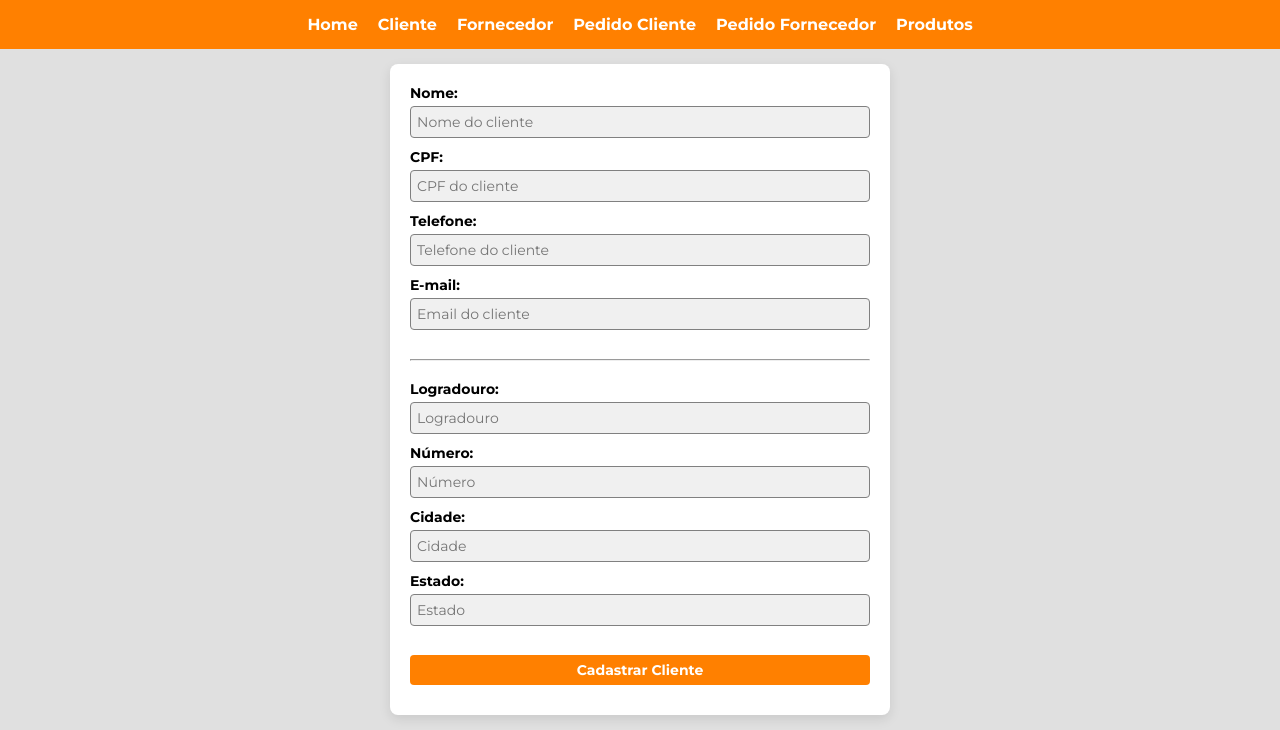
Repository: walterdmp/JavaWeb_BartoBotinas
Page: http://localhost/BartoBotinas/cadastrarCliente.jsp
The author's editor kept a copy of each file at every save. The page is drawn from the files as they stood at one save, then again after a run of saves.
The browser window is 1280 px wide. The pictures show the whole page.
The page is served by Tomcat 9. Other server files are loaded and not shown.

Above is the page before, as saved 2024-07-31 18:41:04.

### BartoBotinas/WebContent/cadastrarCliente.jsp
<%@ page language="java" contentType="text/html; charset=UTF-8"
	pageEncoding="UTF-8"%>
<!DOCTYPE html>
<html>
<head>
<link rel="stylesheet" href="css/estilo.css">
<meta charset="UTF-8">
<title>Bartô Botinas - Clientes</title>
</head>
<body>
	<nav class="bartoNav">
		<ul>
			<li><a href="home.jsp">Home</a></li>
			<li><a href="cadastrarCliente.jsp">Cliente</a></li>
			<li><a href="cadastrarFornecedor.jsp">Fornecedor</a></li>
			<li><a href="cadastrarPedidoCliente.jsp">Pedido Cliente</a></li>
			<li><a href="cadastrarPedidoFornecedor.jsp">Pedido
					Fornecedor</a></li>
			<li><a href="cadastrarProdutos.jsp">Produtos</a></li>
		</ul>
	</nav>
	<main class="bartoMain">
		<form action="cadastrarCliente" method="post" class="bartoForm">
			<div>
				<label for="nome"><strong>Nome:</strong></label> <input type="text"
					id="nome" name="nome" placeholder="Nome do cliente" required>
			</div>
			<div>
				<label for="cpf"><strong>CPF:</strong></label> <input type="text"
					id="cpf" name="cpf" placeholder="CPF do cliente" required>
			</div>
			<div>
				<label for="telefone"><strong>Telefone:</strong></label> <input
					type="text" id="telefone" name="telefone"
					placeholder="Telefone do cliente" required>
			</div>
			<div>
				<label for="email"><strong>E-mail:</strong></label> <input
					type="email" id="email" name="email" placeholder="Email do cliente"
					required>
			</div>
			<br>
			<hr>
			<br>
			<div>
				<label for="logradouro"><strong>Logradouro:</strong></label> <input
					type="text" id="logradouro" name="logradouro"
					placeholder="Logradouro" required>
			</div>
			<div>
				<label for="numero"><strong>Número:</strong></label> <input
					type="text" id="numero" name="numero" placeholder="Número" required>
			</div>
			<div>
				<label for="cidade"><strong>Cidade:</strong></label> <input
					type="text" id="cidade" name="cidade" placeholder="Cidade" required>
			</div>
			<div>
				<label for="estado"><strong>Estado:</strong></label> <input
					type="text" id="estado" name="estado" placeholder="Estado" required>
			</div>
			<br>
			<div>
				<input id="bartoButton" type="submit" name="salvar"
					value="Cadastrar Cliente">
			</div>
		</form>
	</main>
</body>
</html>

### BartoBotinas/WebContent/css/estilo.css
@charset "ISO-8859-1";

@import
	url('https://fonts.googleapis.com/css2?family=Montserrat:ital,wght@0,100;0,200;0,300;0,400;0,500;0,600;0,700;0,800;0,900;1,100;1,200;1,300;1,400;1,500;1,600;1,700;1,800&display=swap')
	;

* {
	margin: 0;
	padding: 0;
	box-sizing: border-box;
	text-decoration: none;
	list-style: none;
	font-family: 'Montserrat', sans-serif;
}

body {
	background-color: #f0f0f0;
}

/* Estilos de Navegação */
.bartoNav {
	width: 100%;
	background-color: #ff8000;
}

.bartoNav ul {
	display: flex;
	flex-direction: row;
	gap: 20px; /* Diminuiu o espaço entre itens */
	justify-content: center;
	padding: 15px; /* Diminuiu o padding */
	color: white;
	font-weight: bold;
}

.bartoNav a {
	color: white;
	transition: color 0.3s ease;
}

.bartoNav a:hover {
	color: #ffe0b3;
}

/* Estilos Principais */
.bartoMain {
	display: flex;
	justify-content: center;
	align-items: center;
	background-color: #e0e0e0;
	width: 100%;
	height: auto; /* Ajuste para a altura do conteúdo */
	padding: 15px; /* Diminuiu o padding */
}

.empresaInfo, .bartoForm, .itensPedidoForm, .fornecedorForm,
	.produtoForm {
	display: flex;
	flex-direction: column;
	padding: 20px; /* Diminuiu o padding */
	width: 100%;
	max-width: 500px; /* Ajustado para tamanho menor */
	background-color: white;
	border-radius: 8px; /* Diminuiu o border-radius */
	box-shadow: 0 4px 12px rgba(0, 0, 0, 0.1); /* Diminuiu o box-shadow */
}

.bartoForm input, .itensPedidoForm input, .fornecedorForm input,
	.produtoForm input, .empresaInfo input {
	border-radius: 4px; /* Diminuiu o border-radius */
	border: 1px solid gray;
	width: 100%;
	padding: 6px; /* Diminuiu o padding */
	background-color: #f0f0f0;
	font-size: 14px; /* Diminuiu o tamanho da fonte */
	transition: background-color 0.3s ease, border-color 0.3s ease;
}

.bartoForm input:focus, .itensPedidoForm input:focus, .fornecedorForm input:focus,
	.produtoForm input:focus {
	background-color: #fff;
	border-color: #ff8000;
	outline: none;
}

.bartoForm div, .itensPedidoForm div, .fornecedorForm div, .produtoForm div
	{
	display: flex;
	flex-direction: column;
	width: 100%;
	margin-bottom: 10px; /* Diminuiu o margin-bottom */
}

.bartoForm label, .itensPedidoForm label, .fornecedorForm label,
	.produtoForm label {
	margin-bottom: 4px; /* Diminuiu o margin-bottom */
	font-weight: 600;
	font-size: 14px; /* Diminuiu o tamanho da fonte */
}

#bartoButton {
	background-color: #ff8000;
	border: none;
	color: white;
	font-weight: bold;
	padding: 6px 12px; /* Diminuiu o padding */
	border-radius: 4px; /* Diminuiu o border-radius */
	cursor: pointer;
	transition: background-color 0.3s ease;
	font-size: 14px; /* Diminuiu o tamanho da fonte */
}

#bartoButton:hover {
	background-color: #cc6600;
}

/* Estilos para a Página da Empresa */
.empresaInfo h1, .itensPedidoForm h1, .fornecedorForm h1, .produtoForm h1
	{
	margin-bottom: 10px; /* Diminuiu o margin-bottom */
	font-size: 20px; /* Diminuiu o tamanho da fonte */
	color: #333;
}

.empresaInfo p {
	margin-bottom: 6px; /* Diminuiu o margin-bottom */
	font-size: 14px; /* Diminuiu o tamanho da fonte */
	color: #666;
}

.empresaInfo p strong {
	color: #333;
}

/* Estilos de Mídia Responsiva */
@media ( max-width : 600px) {
	.bartoNav ul {
		flex-direction: column;
		gap: 8px; /* Diminuiu o espaço entre itens */
	}
	.bartoForm, .empresaInfo, .itensPedidoForm, .fornecedorForm,
		.produtoForm {
		padding: 15px; /* Diminuiu o padding */
		width: 100%;
	}
	.bartoForm input, .itensPedidoForm input, .fornecedorForm input,
		.produtoForm input {
		width: 100%;
	}
}

After the next 2 saves:
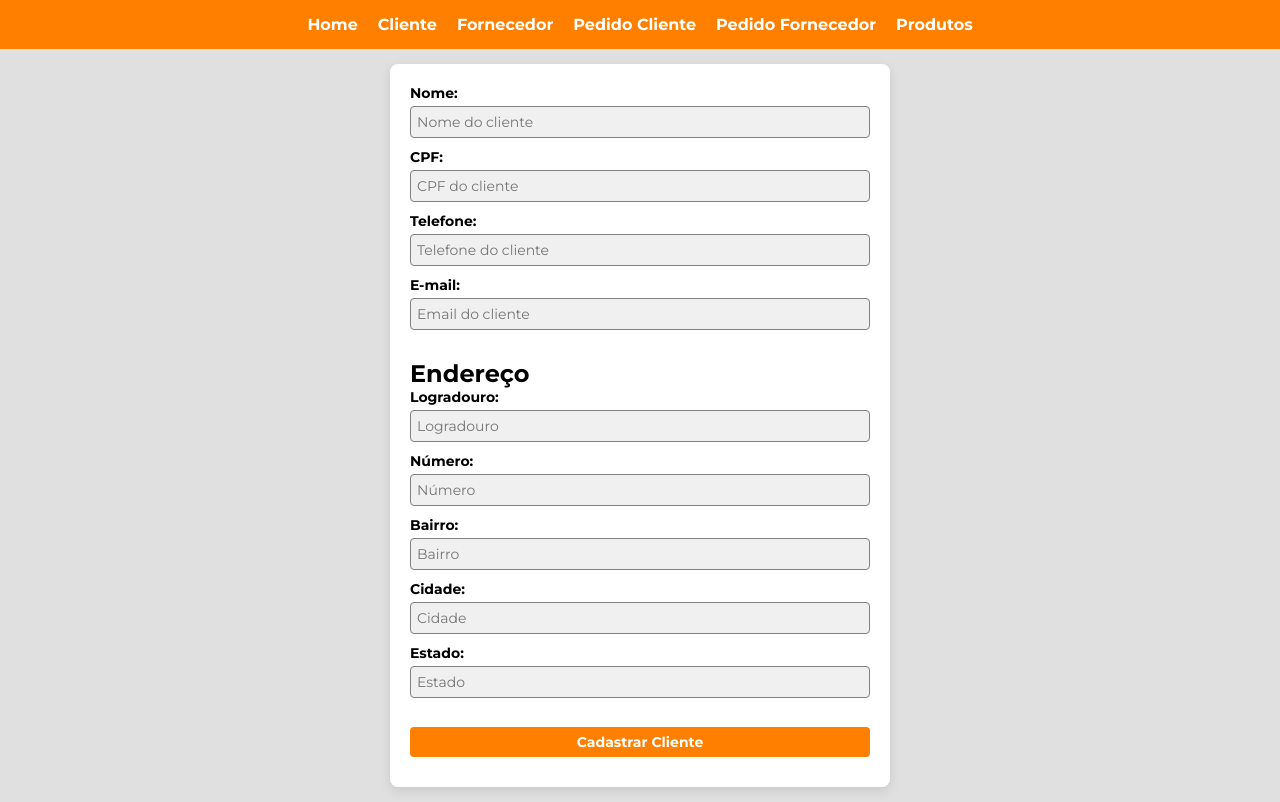
The 2 saves are shown as one change because they came seconds apart.
The last was saved 3 min 0 s later.
--- a/BartoBotinas/WebContent/cadastrarCliente.jsp
+++ b/BartoBotinas/WebContent/cadastrarCliente.jsp
@@ -40,8 +40,7 @@
 					required>
 			</div>
 			<br>
-			<hr>
-			<br>
+			<h2>Endereço</h2>
 			<div>
 				<label for="logradouro"><strong>Logradouro:</strong></label> <input
 					type="text" id="logradouro" name="logradouro"
@@ -50,6 +49,10 @@
 			<div>
 				<label for="numero"><strong>Número:</strong></label> <input
 					type="text" id="numero" name="numero" placeholder="Número" required>
+			</div>
+			<div>
+				<label for="bairro"><strong>Bairro:</strong></label> <input
+					type="text" id="bairro" name="bairro" placeholder="Bairro" required>
 			</div>
 			<div>
 				<label for="cidade"><strong>Cidade:</strong></label> <input
